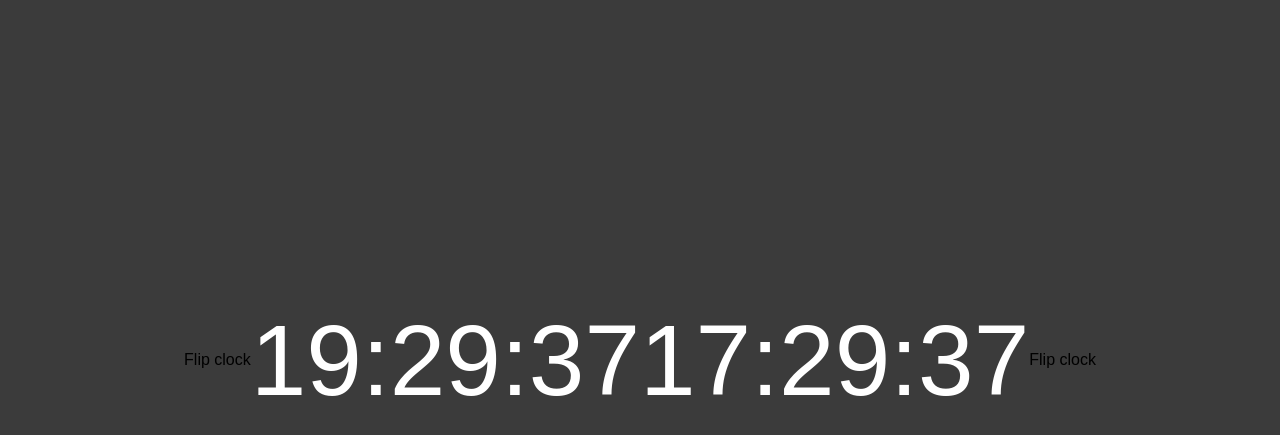
Repository: ThibautCptr/flip_clock
Page: index.html
These files come from the project's save history. The page is drawn as it stood at one moment and after the next save; the edit follows.
The browser window is 1280 px wide. The pictures show the whole page.

Above is the page before, as saved 2024-09-18 17:49:09.

### index.html
<!DOCTYPE html>
<html lang="fr">
<head>
    <meta charset="UTF-8">
    <meta name="viewport" content="width=device-width, initial-scale=1.0">
    <script src="https://code.jquery.com/jquery-3.7.1.js" integrity="sha256-eKhayi8LEQwp4NKxN+CfCh+3qOVUtJn3QNZ0TciWLP4=" crossorigin="anonymous"></script>
    <link rel="stylesheet" href="./css/style.css">
    <script src="./js/moment.js""></script>
    <script src="./js/moment_tz.js""></script>
    <script src="./js/script.js"></script>
    <title>Flip clock</title>
</head>
<body>
    <div id="clock"></div>
    <div id="clock_2"></div>
</body>
</html>
<!DOCTYPE html>
<html lang="fr">
<head>
    <meta charset="UTF-8">
    <meta name="viewport" content="width=device-width, initial-scale=1.0">
    <script src="https://code.jquery.com/jquery-3.7.1.js" integrity="sha256-eKhayi8LEQwp4NKxN+CfCh+3qOVUtJn3QNZ0TciWLP4=" crossorigin="anonymous"></script>
    <link rel="stylesheet" href="./css/style.css">
    <script src="./js/moment.js""></script>
    <script src="./js/moment_tz.js""></script>
    <script src="./js/script.js"></script>
    <title>Flip clock</title>
</head>
<body>
    <div id="clock"></div>
</body>
</html>

### css/style.css
* {
    background-color: #3b3b3b;
    font-family: Arial, sans-serif;
    margin: 0;
    padding: 0;
    display: flex;
    justify-content: center;
    align-items: center;
    align-content: center;
    height: 100%;
}

#clock, #clock_2 {
    color: #fff;
    font-size: 100px;
    text-align: center;
}

### js/script.js
$(document).ready(function() {
    setInterval(function() {
        let date = moment();
        $('#clock').text(date.tz('Europe/Paris').format('H:mm:ss'));

        date = new Date();
        $('#clock_2').text(date.toLocaleTimeString('fr-FR'));

    },1000);
});

Loaded but not shown: js/moment.js (library); js/moment_tz.js (common file)

After the next save:
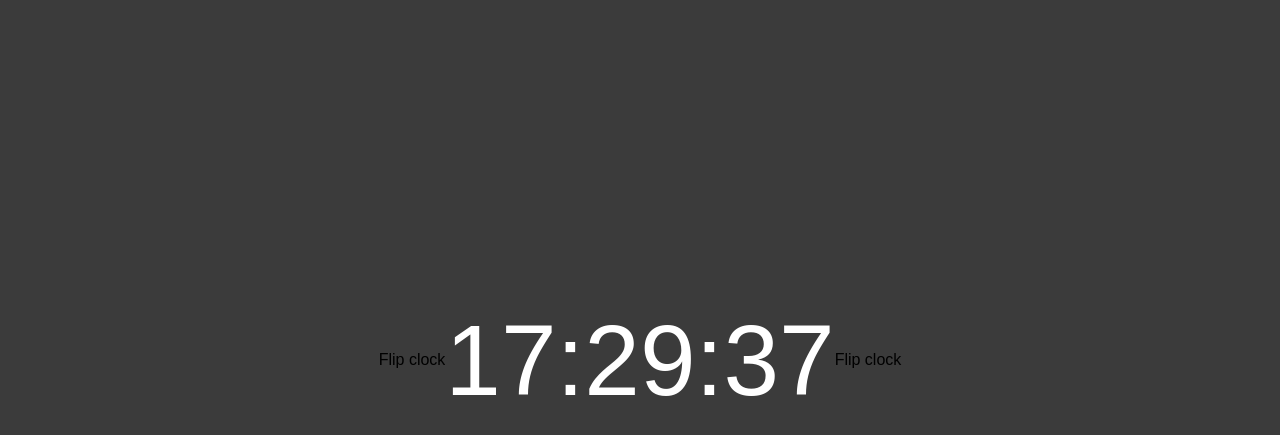
Saved 29 s later.
--- a/js/script.js
+++ b/js/script.js
@@ -1,7 +1,7 @@
 $(document).ready(function() {
     setInterval(function() {
-        let date = moment();
-        $('#clock').text(date.tz('Europe/Paris').format('H:mm:ss'));
+        // let date = moment();
+        // $('#clock').text(date.tz('Europe/Paris').format('H:mm:ss'));
 
         date = new Date();
         $('#clock_2').text(date.toLocaleTimeString('fr-FR'));
